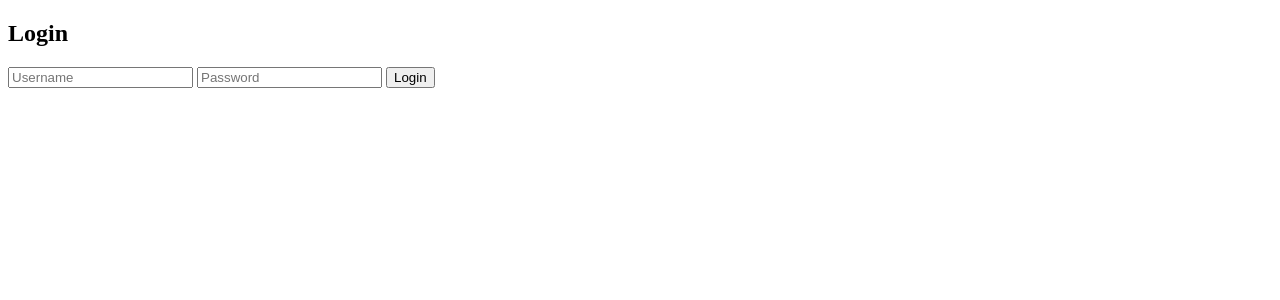
Repository: sasidhar1029/LocalFiles
Page: http://localhost/Electricity_Billing_System/
An editor plug-in stored every save of this project. The page is shown before and after the next save, followed by the edit.
The browser window is 1280 px wide. The pictures show the whole page.
The page is served by Tomcat 10. Other server files are loaded and not shown.

Above is the page before, as saved 2026-02-25 06:37:30.

### Electricity_Billing_System/src/main/webapp/login.jsp
<%@ page language="java" contentType="text/html; charset=UTF-8"
    pageEncoding="UTF-8"%>
<!DOCTYPE html>
<html>
<head>
<meta charset="UTF-8">
<title>Insert title here</title>
</head>
<body>
	<h2>Login</h2>

<form action="login" method="post">
<input name="username" placeholder="Username">
<input name="password" type="password" placeholder="Password">
<button>Login</button>
</form>

<%
if(request.getParameter("error")!=null){
%>
<p style="color:red">Invalid Login</p>
<%
}
%>
</body>
</html>

After the next save:
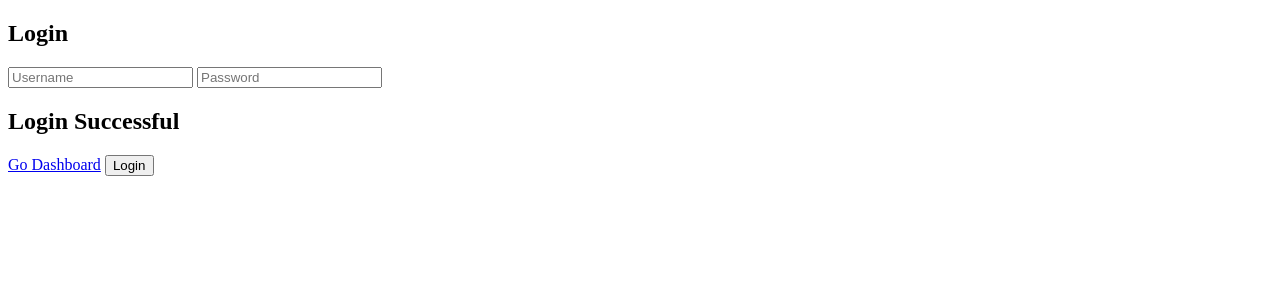
Saved 19 s later.
--- a/Electricity_Billing_System/src/main/webapp/login.jsp
+++ b/Electricity_Billing_System/src/main/webapp/login.jsp
@@ -12,6 +12,8 @@
 <form action="login" method="post">
 <input name="username" placeholder="Username">
 <input name="password" type="password" placeholder="Password">
+<h2>Login Successful</h2>
+<a href="dashboard.jsp">Go Dashboard</a>
 <button>Login</button>
 </form>
 
